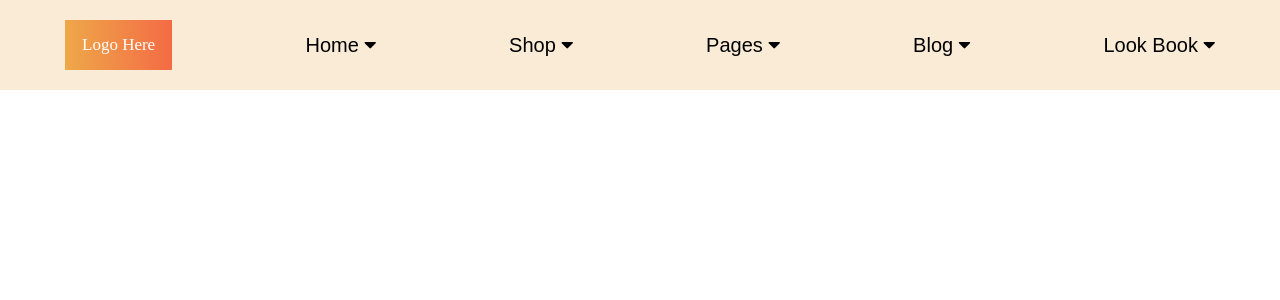
Repository: MorgunovaAlexandra/beauti
Page: index.html
The author's editor kept a copy of each file at every save. The page is drawn from the files as they stood at one save, then again after a run of saves.
The browser window is 1280 px wide. The pictures show the whole page.

Above is the page before, as saved 2022-08-24 13:54:52.

### index.html
<!DOCTYPE html>
<html lang="en">
<head>
    <meta charset="UTF-8">
    <meta http-equiv="X-UA-Compatible" content="IE=edge">
    <meta name="viewport" content="width=device-width, initial-scale=1.0">
    <link rel="stylesheet" href="./style.css">
    <link rel="stylesheet" href="https://cdnjs.cloudflare.com/ajax/libs/font-awesome/4.7.0/css/font-awesome.min.css">
    <title>Document</title>
</head>
<body>
    <div class="wrapper">
        <header class="header">
            <div class="header-container _container">
            <nav class="header-nav">
                <section class="top-nav">
                    <div>
                      Logo Here
                    </div>
                    <input id="menu-toggle" type="checkbox" />
                    <label class='menu-button-container' for="menu-toggle">
                    <div class='menu-button'></div>
                  </label>

                  </section>
                <div class="dropdown">
                    <button class="dropbtn">Home
                      <i class="fa fa-caret-down faa"></i>
                    </button>
                    <div class="dropdown-content">
                      <a href="#">Link 1</a>
                      <a href="#">Link 2</a>
                      <a href="#">Link 3</a>
                    </div>
                  </div>
                  <div class="dropdown">
                    <button class="dropbtn">Shop
                      <i class="fa fa-caret-down faa"></i>
                    </button>
                    <div class="dropdown-content">
                      <a href="#">Link 1</a>
                      <a href="#">Link 2</a>
                      <a href="#">Link 3</a>
                      <a href="#">Link 1</a>
                      <a href="#">Link 2</a>
                      <a href="#">Link 3</a>
                    </div>
                  </div>
                  <div class="dropdown">
                    <button class="dropbtn">Pages
                      <i class="fa fa-caret-down faa"></i>
                    </button>
                    <div class="dropdown-content">
                      <a href="#">Link 1</a>
                      <a href="#">Link 2</a>
                      <a href="#">Link 3</a>
                    </div>
                  </div>
                  <div class="dropdown">
                    <button class="dropbtn">Blog
                      <i class="fa fa-caret-down faa"></i>
                    </button>
                    <div class="dropdown-content">
                      <a href="#">Link 1</a>
                      <a href="#">Link 2</a>
                      <a href="#">Link 3</a>
                    </div>
                  </div>
                  <div class="dropdown">
                    <button class="dropbtn">Look Book
                      <i class="fa fa-caret-down faa"></i>
                    </button>
                    <div class="dropdown-content">
                      <a href="#">Link 1</a>
                      <a href="#">Link 2</a>
                      <a href="#">Link 3</a>
                    </div>
                  </div>
            </nav>
            </div>
        </header>
    </div>
</body>
</html>

### style.css
* {
	margin: 0;
	padding: 0;
	border: 0;
	box-sizing: border-box;
}
:before,:after{
	padding: 0;
	margin: 0;
	border: 0;
	box-sizing: border-box;
}
html,body{
	height: 100%;
    font-family: 'SofiaProRegular';
	font-size: 18px;
	font-weight: 400;
}

.wrapper{
	width: 100%;
	overflow: hidden;

}
._container{
	max-width: 1170px;
	margin: 0px auto;
	padding: 0px 10px;
}
._container{
	max-width: 1170px;
	margin: 0px auto;
	padding: 0px 10px;
}
/*--------------------------*/
.header {
	font-family: 'TTCommons-Medium';
	position: absolute;/*---------изменено-----------------*/
	width: 100%;
	top: 0;
	left: 0;
	z-index: 50;
	font-size: 17px;
    height: 90px;
    background-color: antiquewhite;

}
.menu-list{
    display: flex;
    justify-content: center;
    align-items: center;
    height: 90px;

}

a{
   position: relative;
    text-decoration: none;
    color:rgb(37, 37, 37);
    margin-left: 40px;
}
.header-nav{
    display: flex;
    justify-content: space-between;
    align-items: center;
    height: 90px;
}
.faa:hover{
    animation: move .3s ease-in;
    transform: rotate(180deg) scaleX(-1);
}
@keyframes move {
    from {
        transform: rotate(0deg) scaleX(-1);

    }
    50% {transform: rotate(90deg) scaleX(-1);}
    to {
        transform: rotate(180deg) scaleX(-1);
    }
  }
.dropbtn{
    font-size: 20px;
    background-color: rgb(156, 153, 153,0) ;
}
.dropdown-content{
    display: none;
    position: absolute;
    background-color: #f9f9f9;
    min-width: 160px;
    z-index: 1;
}
.dropdown-content a {
    float: none;
    color: rgb(156, 153, 153);
    padding: 12px 16px;
    text-decoration: none;
    display: block;
    text-align: left;
}
.dropdown-content a:hover {
    color: rgb(67, 66, 66);
}

.dropdown:hover .dropdown-content {
    display: block;
}
/*=======humburger=======*/
.top-nav {
    display: flex;
    flex-direction: row;
    align-items: center;
    justify-content: space-between;
    background-color: #00BAF0;
    background: linear-gradient(to left, #f46b45, #eea849);
    /* W3C, IE 10+/ Edge, Firefox 16+, Chrome 26+, Opera 12+, Safari 7+ */
    color: #FFF;
    height: 50px;
    padding: 1em;
  }

  .menu {
    display: flex;
    flex-direction: row;
    list-style-type: none;
    margin: 0;
    padding: 0;
  }

  .menu > li {
    margin: 0 1rem;
    overflow: hidden;
  }

  .menu-button-container {
    display: none;
    height: 100%;
    width: 30px;
    cursor: pointer;
    flex-direction: column;
    justify-content: center;
    align-items: center;
  }

  #menu-toggle {
    display: none;
  }

  .menu-button,
  .menu-button::before,
  .menu-button::after {
    display: block;
    background-color: #fff;
    position: absolute;
    height: 4px;
    width: 30px;
    transition: transform 400ms cubic-bezier(0.23, 1, 0.32, 1);
    border-radius: 2px;
  }

  .menu-button::before {
    content: '';
    margin-top: -8px;
  }

  .menu-button::after {
    content: '';
    margin-top: 8px;
  }

  #menu-toggle:checked + .menu-button-container .menu-button::before {
    margin-top: 0px;
    transform: rotate(405deg);
  }

  #menu-toggle:checked + .menu-button-container .menu-button {
    background: rgba(255, 255, 255, 0);
  }

  #menu-toggle:checked + .menu-button-container .menu-button::after {
    margin-top: 0px;
    transform: rotate(-405deg);
  }

  @media (max-width: 700px) {
    .menu-button-container {
      display: flex;
    }
    .menu {
      position: absolute;
      top: 0;
      margin-top: 50px;
      left: 0;
      flex-direction: column;
      width: 100%;
      justify-content: center;
      align-items: center;
    }
    #menu-toggle ~ .menu li {
      height: 0;
      margin: 0;
      padding: 0;
      border: 0;
      transition: height 400ms cubic-bezier(0.23, 1, 0.32, 1);
    }
    #menu-toggle:checked ~ .menu li {
      border: 1px solid #333;
      height: 2.5em;
      padding: 0.5em;
      transition: height 400ms cubic-bezier(0.23, 1, 0.32, 1);
    }
    .menu > li {
      display: flex;
      justify-content: center;
      margin: 0;
      padding: 0.5em 0;
      width: 100%;
      color: white;
      background-color: #222;
    }
    .menu > li:not(:last-child) {
      border-bottom: 1px solid #444;
    }
  }

After the next 2 saves:
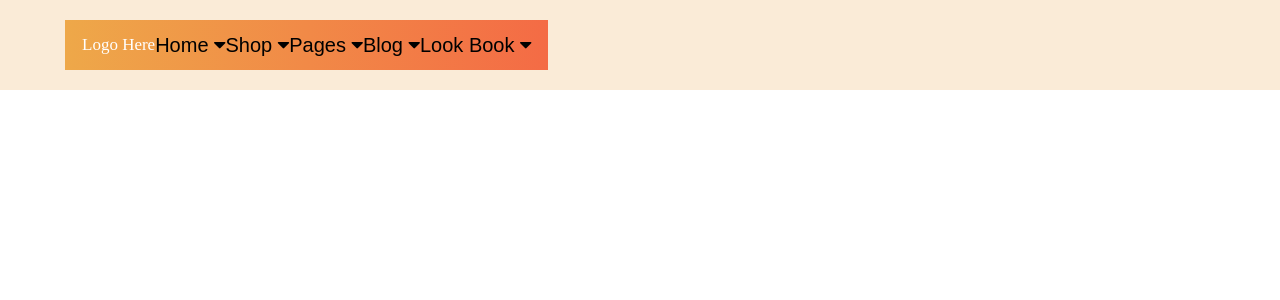
The 2 saves are shown as one change because they came seconds apart.
The last was saved 11 s later.
--- a/index.html
+++ b/index.html
@@ -21,9 +21,7 @@
                     <label class='menu-button-container' for="menu-toggle">
                     <div class='menu-button'></div>
                   </label>
-
-                  </section>
-                <div class="dropdown">
+                  <div class="dropdown">
                     <button class="dropbtn">Home
                       <i class="fa fa-caret-down faa"></i>
                     </button>
@@ -76,6 +74,8 @@
                       <a href="#">Link 3</a>
                     </div>
                   </div>
+                  </section>
+
             </nav>
             </div>
         </header>

After the save that followed:
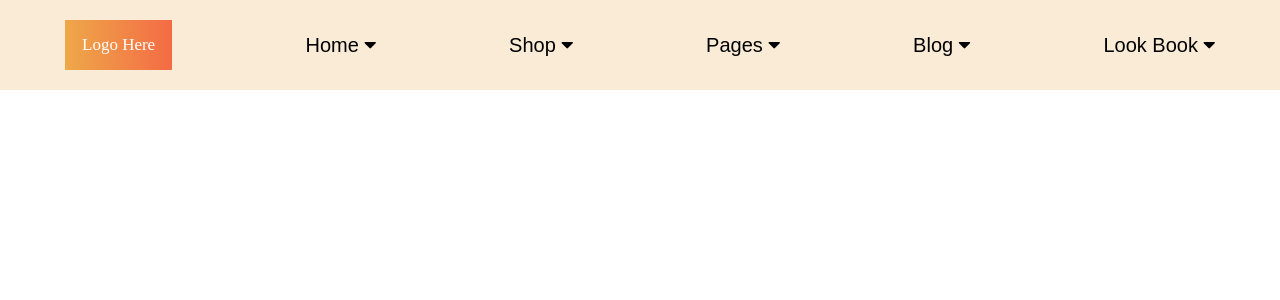
Saved 21 s later.
--- a/index.html
+++ b/index.html
@@ -21,7 +21,9 @@
                     <label class='menu-button-container' for="menu-toggle">
                     <div class='menu-button'></div>
                   </label>
-                  <div class="dropdown">
+
+                  </section>
+                <div class="dropdown">
                     <button class="dropbtn">Home
                       <i class="fa fa-caret-down faa"></i>
                     </button>
@@ -74,8 +76,6 @@
                       <a href="#">Link 3</a>
                     </div>
                   </div>
-                  </section>
-
             </nav>
             </div>
         </header>
